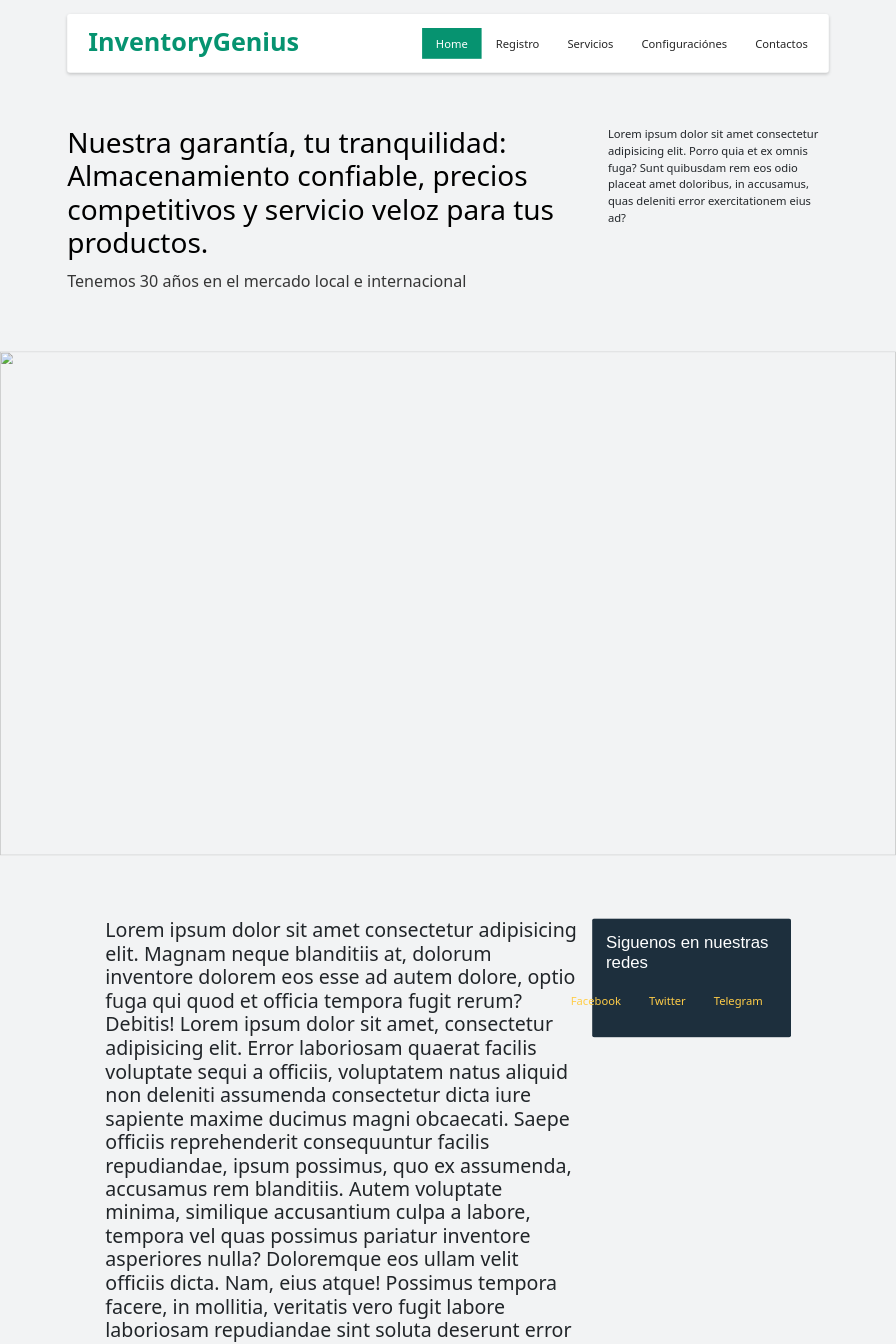
Repository: Sirius018/InventoryGenius
Page: http://localhost/Home
These files come from the project's save history. The page is drawn as it stood at one moment and after the next save; the edit follows.
The browser window is 1280 px wide. The pictures show the part of the page from y = 0 to 1920 px (the page is 4127 px tall), at 70% of full size.
The page is this project's Thymeleaf template; nobody is signed in. The template is opened directly, without the code that normally fills it, so the values that code supplies are empty.

Above is the page before, as saved 2023-06-05 06:05:45.
Not found: ADW/InventoryGenius/image/back-img.jpeg

### ADW/InventoryGenius/src/main/resources/templates/Home.html
<!DOCTYPE html>
<html lang="en" xmlns:th="http://www.thymeleaf.org">
<head>
    <meta charset="UTF-8">
    <meta http-equiv="X-UA-Compatible" content="IE=edge">
    <meta name="viewport" content="width=device-width, initial-scale=1.0">
    <link href="https://stackpath.bootstrapcdn.com/font-awesome/4.7.0/css/font-awesome.min.css" rel="stylesheet">
    <link href="https://cdn.jsdelivr.net/npm/bootstrap@5.3.0/dist/css/bootstrap.min.css" rel="stylesheet" integrity="sha384-9ndCyUaIbzAi2FUVXJi0CjmCapSmO7SnpJef0486qhLnuZ2cdeRhO02iuK6FUUVM" crossorigin="anonymous">
    <link rel="stylesheet" href="../static/css/home.css">
    <title>Home - Inventory Genius</title>
</head>
<body>

<header class="asssssss">
        <div class="content-navbar">
            <a class="logo" href="#">InventoryGenius</a>
            <div class="menu-toggle"></div>
            <nav>
                <ul>
                    <li><a class="active" href="#">Home</a></li>
                    <li><a href="#">Registro</a></li>
                    <li><a href="#">Servicios</a></li>
                    <li><a href="#">Configuraciónes</a></li>
                    <li><a href="#">Contactos</a></li>
                </ul>
            </nav>
            <div class="clearfix"></div>
        </div>
    </header>

    <div class="intert-mid">
        <div class="content-title">
            <div class="lema">
                <h1>Nuestra garantía, tu tranquilidad: Almacenamiento confiable, precios competitivos y servicio veloz para tus productos. <br><span>Tenemos 30 años en el mercado local e internacional</span></h1>
            </div>
            <div class="vacio">
                <p>Lorem ipsum dolor sit amet consectetur adipisicing elit. Porro quia et ex omnis fuga? Sunt quibusdam rem eos odio placeat amet doloribus, in accusamus, quas deleniti error exercitationem eius ad?</p>
            </div>
        </div>
        <div class="contenedor-imagen">
            <a href="#blog">
                <img src="../image/back-img.jpeg" alt="">
            </a>
        </div>
    </div>


    <main>
        <div class="content-main">
            <div class="info">
                <h3>Lorem ipsum dolor sit amet consectetur adipisicing elit. Magnam neque blanditiis at, dolorum inventore dolorem eos esse ad autem dolore, optio fuga qui quod et officia tempora fugit rerum? Debitis!
                    Lorem ipsum dolor sit amet, consectetur adipisicing elit. Error laboriosam quaerat facilis voluptate sequi a officiis, voluptatem natus aliquid non deleniti assumenda consectetur dicta iure sapiente maxime ducimus magni obcaecati.
                    Saepe officiis reprehenderit consequuntur facilis repudiandae, ipsum possimus, quo ex assumenda, accusamus rem blanditiis. Autem voluptate minima, similique accusantium culpa a labore, tempora vel quas possimus pariatur inventore asperiores nulla?
                    Doloremque eos ullam velit officiis dicta. Nam, eius atque! Possimus tempora facere, in mollitia, veritatis vero fugit labore laboriosam repudiandae sint soluta deserunt error distinctio unde illo ab. Accusantium, numquam.</h3>
                    <h3>Lorem ipsum dolor sit amet consectetur adipisicing elit. Magnam neque blanditiis at, dolorum inventore dolorem eos esse ad autem dolore, optio fuga qui quod et officia tempora fugit rerum? Debitis!
                        Lorem ipsum dolor sit amet, consectetur adipisicing elit. Error laboriosam quaerat facilis voluptate sequi a officiis, voluptatem natus aliquid non deleniti assumenda consectetur dicta iure sapiente maxime ducimus magni obcaecati.
                        Saepe officiis reprehenderit consequuntur facilis repudiandae, ipsum possimus, quo ex assumenda, accusamus rem blanditiis. Autem voluptate minima, similique accusantium culpa a labore, tempora vel quas possimus pariatur inventore asperiores nulla?
                        Doloremque eos ullam velit officiis dicta. Nam, eius atque! Possimus tempora facere, in mollitia, veritatis vero fugit labore laboriosam repudiandae sint soluta deserunt error distinctio unde illo ab. Accusantium, numquam.</h3>
                        <h3>Lorem ipsum dolor sit amet consectetur adipisicing elit. Magnam neque blanditiis at, dolorum inventore dolorem eos esse ad autem dolore, optio fuga qui quod et officia tempora fugit rerum? Debitis!
                            Lorem ipsum dolor sit amet, consectetur adipisicing elit. Error laboriosam quaerat facilis voluptate sequi a officiis, voluptatem natus aliquid non deleniti assumenda consectetur dicta iure sapiente maxime ducimus magni obcaecati.
                            Saepe officiis reprehenderit consequuntur facilis repudiandae, ipsum possimus, quo ex assumenda, accusamus rem blanditiis. Autem voluptate minima, similique accusantium culpa a labore, tempora vel quas possimus pariatur inventore asperiores nulla?
                            Doloremque eos ullam velit officiis dicta. Nam, eius atque! Possimus tempora facere, in mollitia, veritatis vero fugit labore laboriosam repudiandae sint soluta deserunt error distinctio unde illo ab. Accusantium, numquam.</h3>
            </div>
            <div class="content-aside">
                <h4 class="aside-redes">Siguenos en nuestras redes</h4>
				<nav class="indice">
					<ul>
                        <li><a href="">Facebook</a></li>
                        <li><a href="">Twitter</a></li>
                        <li><a href="">Telegram</a></li>
                    </ul>
				</nav>
            </div>
        </div>
    </main>

    <footer>
        <p>Lorem ipsum, dolor sit amet consectetur adipisicing elit. Nihil rem repellendus ducimus esse, maxime recusandae eligendi. Temporibus sit consequatur, accusantium cum provident corrupti doloribus maiores quidem consequuntur qui minima ex?
        Enim et aperiam cum necessitatibus dolores maiores nam, tempore quos repellat, laboriosam ad laborum tempora, earum iusto praesentium! In iste omnis provident fuga similique dicta eaque rerum! Provident, deleniti tenetur!
        Dicta dignissimos id laborum, aliquid quaerat aspernatur assumenda laudantium. Et earum deleniti nam maiores, aliquam voluptate excepturi exercitationem inventore dolor eaque! Autem illo vero, architecto accusantium quasi vel odio ratione?
        Quia nihil numquam, rerum eveniet facere officiis, vel eligendi aliquam non repellendus exercitationem! Blanditiis veniam unde, expedita cupiditate quaerat reiciendis molestiae tempore aliquid eveniet? Necessitatibus amet aperiam delectus adipisci vitae.
        Quidem vel, mollitia dolores reiciendis eum a perferendis saepe, impedit nobis distinctio fugit dolor perspiciatis enim. Quo, voluptatem quidem in placeat reiciendis est repellendus doloremque veritatis quaerat blanditiis laudantium maxime.
        Rerum eum magnam iste accusantium dolorem commodi, nihil hic nam voluptates natus soluta debitis maiores expedita labore suscipit dolor reprehenderit cum accusamus ea optio corrupti exercitationem facilis ex. Sit, corrupti.
        Qui ab earum est rem distinctio saepe porro, totam dicta accusamus, nulla delectus magni fugiat labore! Sint repellat tenetur harum accusantium quae nulla dignissimos et placeat, autem facilis commodi tempora!
        Magnam perferendis aliquid id totam, est consequatur similique quam mollitia ex officia deleniti voluptate iusto et aliquam obcaecati amet fuga beatae architecto at ipsam! Facilis culpa soluta nobis quam excepturi.
        Soluta nulla corrupti sapiente quis? Eius perferendis eaque, magnam aliquam totam consectetur non ipsam mollitia minima aliquid? Deleniti sed praesentium natus eos, numquam ab quo voluptate dolor odit ratione sit.
        Modi dicta consectetur voluptas nostrum, vel excepturi alias eum deleniti eaque aut magni molestiae maxime ad saepe quae quia rerum! Modi, obcaecati. Aut, adipisci repellendus maxime nisi nam placeat odio? </p>
        <p>Lorem ipsum dolor sit amet consectetur adipisicing elit. Nisi esse quod labore rerum eos voluptas iste vel qui? Asperiores nihil alias officiis repudiandae eum eius, reprehenderit pariatur perspiciatis molestias ad.
        Corrupti blanditiis obcaecati repudiandae, sed in sint cupiditate explicabo amet aspernatur impedit iste quas, inventore repellendus quaerat quia ad optio facere ipsam quos ab, totam nostrum? Officia corporis corrupti totam.
        Sit quisquam architecto ut odit tempore explicabo, laboriosam dolores, odio dicta alias voluptas consectetur quasi est doloremque quibusdam quod quam asperiores itaque at voluptatibus veritatis ab exercitationem rerum! Voluptate, quasi!
        Voluptas, in incidunt nihil dolore atque corporis perferendis consectetur distinctio porro laborum repudiandae mollitia reprehenderit sequi odit perspiciatis nemo dolorum ratione quod. Corporis possimus, eaque dolores perspiciatis sequi ipsum mollitia.
        Consequatur inventore, esse repudiandae sequi, sint reiciendis eos nihil sunt at veniam perspiciatis ducimus amet dolores omnis voluptates alias quaerat, ut ipsam impedit placeat nulla dolorem? Velit dolores aut nisi.
        Nulla magnam architecto est animi ipsam numquam, adipisci deleniti, autem nisi non quae aliquam at quam nobis maxime, et ut distinctio aut saepe. Itaque atque magnam officia provident in molestias.
        Laudantium doloremque odit sapiente corrupti. Distinctio perferendis eaque quam quo dignissimos reiciendis quis! Nihil dolorum consequuntur quo blanditiis commodi beatae pariatur veniam quia iste aliquid maxime, deserunt consequatur, placeat voluptatem.
        Inventore, temporibus? Dolor ipsam molestiae libero, rerum autem dolorum, velit non, at ut ducimus vitae architecto veniam accusantium nam deserunt. Vitae tempora nihil nemo, repellat quidem et a ducimus. Quam!
        Laudantium quo laboriosam magni eveniet veritatis commodi repellat in perspiciatis a. Fugit voluptatibus tenetur officia temporibus ad quasi, ratione animi nihil asperiores quia dolorem suscipit illo laudantium aperiam assumenda eum!</p>
    </footer>



<script src="https://code.jquery.com/jquery-3.6.0.js" integrity="sha256-H+K7U5CnXl1h5ywQfKtSj8PCmoN9aaq30gDh27Xc0jk=" crossorigin="anonymous"></script>
<script src="https://cdn.jsdelivr.net/npm/bootstrap@5.3.0/dist/js/bootstrap.bundle.min.js" integrity="sha384-geWF76RCwLtnZ8qwWowPQNguL3RmwHVBC9FhGdlKrxdiJJigb/j/68SIy3Te4Bkz" crossorigin="anonymous"></script>
<script src="../static/js/home.js"></script>
</body>
</html>

### ADW/InventoryGenius/src/main/resources/static/css/home.css
/********************************** RESET PROPIEDADES **********************************/
* {
    margin: 0;
    padding: 0;
    box-sizing: border-box;
}

body{
   background: #F2F3F4;
}
/************************************************************************************************************/



.content-navbar{
    position: relative;
    max-width: 85%;
    margin: 20px auto;
    padding: 10px;
    background: #fff;
    box-sizing: border-box;
    border-radius: 4px;
    box-shadow: 0 2px 5px rgba(0,0,0,.2);
}

.logo{
    color: #069370;
    height: 60px;
    line-height: 60px;
    padding: 0 20px;
    font-size: 36px;
    text-align: center;
    float: left;
    font-weight: 700;
    text-decoration: none;
}

nav{
    float: right;
}

.clearfix{
    clear: both;
}

nav ul{
    margin: 0;
    padding: 0;
    display: flex;
}

nav ul li{
    list-style: none;
}

nav ul li a{
    display: block;
    margin: 10px 0;
    padding: 10px 20px;
    text-decoration: none;
    color: #262626;
}

nav ul li a:hover,
nav ul li a.active{
    background: #069370;
    color: #fff;
    transition: .5s;
}

@media (max-width: 900px) {
    header{
        margin: 20px;
    }
}

@media (max-width: 768px) {
    .menu-toggle{
        display: block;
        width: 40px;
        height: 40px;
        margin: 10px;
        float: right;
        cursor: pointer;
        text-align: center;
        font-size: 30px;
        color: #096370;
    }
    .menu-toggle::before{
        content: '\f0c9';
        font-family: fontAwesome;
        line-height: 40px;

    }
    .menu-toggle.active:before{
        content: '\f00d';
    }
    nav{
        display: none;
    }
    nav.active{
        display: block;
        width: 100%;
    }
    nav.active ul{
        display: block;
    }
    nav.active ul li a{
        margin: 0;
    }
}






main{
    width: 90%;
    margin: 0 auto;
}

.content-title{
    position: relative;
    width: 85%;
    margin: 0 auto;
    text-align:left;
    display: flex;
}

.intert-mid .content-title .lema{
    width: 69%;
    margin-right: 1%;
}
.intert-mid .content-title h1{
    color: #000;
}

.content-title h1 span{
    font-size: 23px;
    color: #363636;
}

.intert-mid .content-title .vacio{
    width: 29%;
    margin-left: 1%;
}

.contenedor-imagen {
	height: 100vh;
    width: 100%;
    margin: 0 auto;
    image-rendering: crisp-edges;
}

.contenedor-imagen img {
	width: 100%;
	height: 100%;
	vertical-align: top;
	object-fit: cover;
	object-position: 0 bottom;
}




main .content-main{
    width: 85%;
    display: flex;
    margin: 0 auto;
}

.content-main .info{
    position: relative;
    min-width: 69%;
    margin: 15px 0;
    margin-right: 1%;
}
.content-main .content-aside{
    position: relative;
    min-width:29%;
    margin: 15px 0 ;
    height: 100%;
	background: #1D2F3D;
	padding: 20px;
	border-radius: 3px;
	position: sticky;
	top: 20px;
    margin-left: 1%;
}


.content-aside .aside-redes{
    font-family: 'Montserrat', sans-serif;
    color: #fff;
    text-align: left;
	/*font-weight: normal;*/
}


.content-aside .indice ul{
    display: flex;
}
.content-aside .indice ul li a{
    color: #FFCD48
}



/* separacion arriva-abajo de los componentes padres */
.content-title, .contenedor-imagen, main{
    margin: 75px auto;
}



footer{
   width: 90%;
   margin: 50px auto;
   display: block;
}

### ADW/InventoryGenius/src/main/resources/static/js/home.js
$(document).ready(function(){
    $('.menu-toggle').click(function(){
        $('.menu-toggle').toggleClass('active')
        $('nav').toggleClass('active')
    })
})

After the next save:
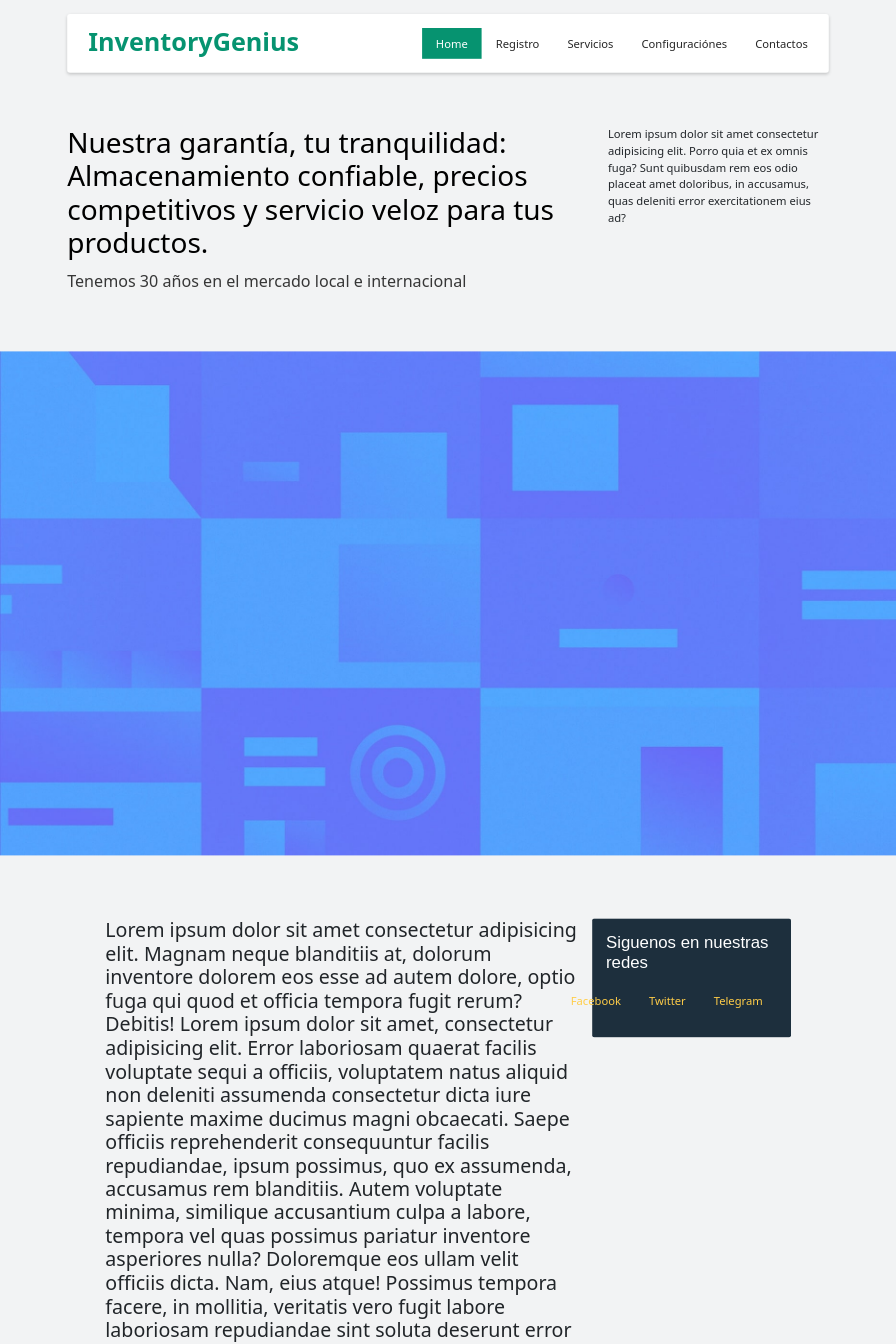
Saved 2 min 39 s later.
--- a/ADW/InventoryGenius/src/main/resources/templates/Home.html
+++ b/ADW/InventoryGenius/src/main/resources/templates/Home.html
@@ -39,7 +39,7 @@
         </div>
         <div class="contenedor-imagen">
             <a href="#blog">
-                <img src="../image/back-img.jpeg" alt="">
+                <img src="../static/master_image/image_home/back-img.jpeg" alt="">
             </a>
         </div>
     </div>
